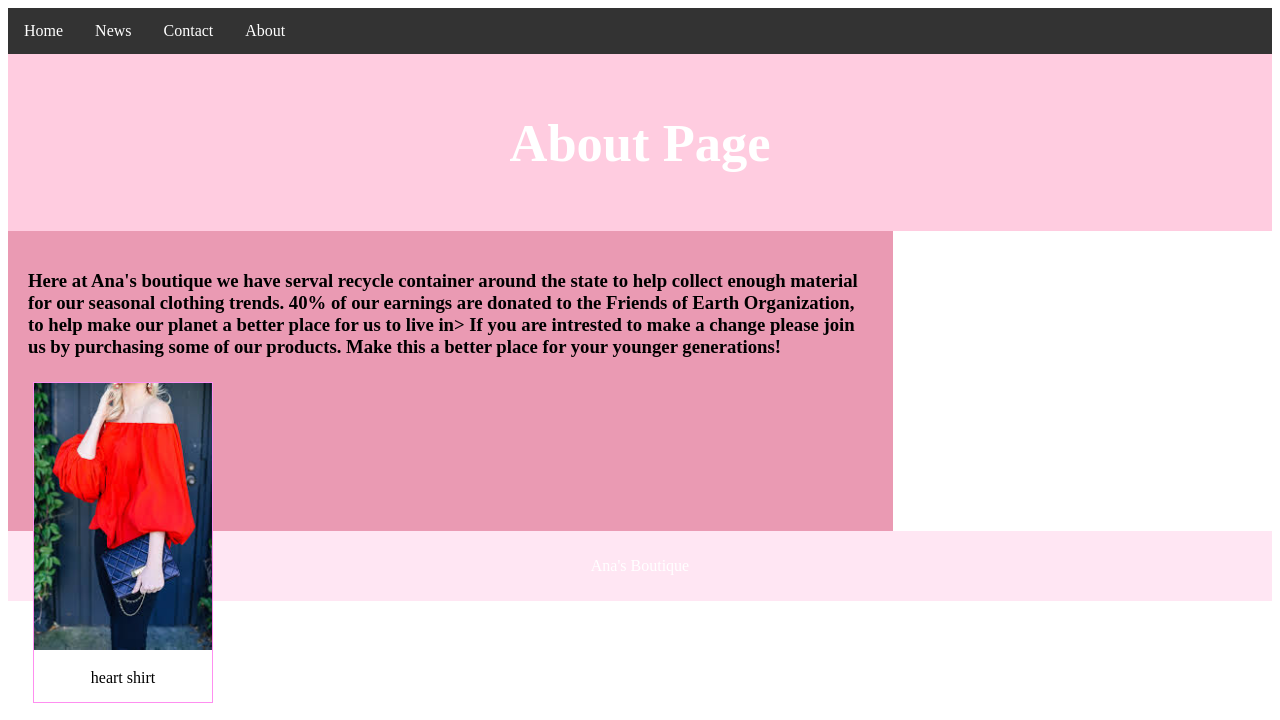
Repository: anavaldovinos/anavaldovinos.github.io
Page: project/about.html
The author's editor kept a record of every edit. The page is drawn from the files as they stood at one moment, then again after the next edit.
The browser window is 1280 px wide. The pictures show the whole page.

Above is the page before.

After the next edit:
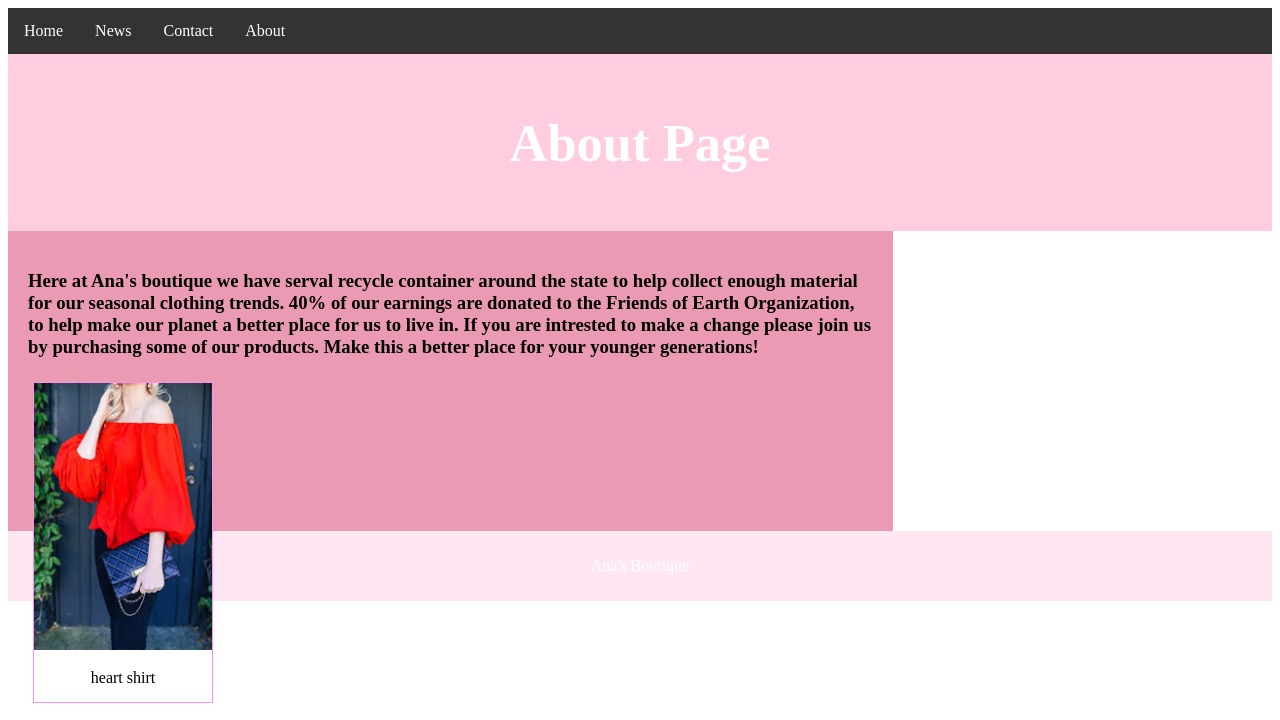
The edit:
--- a/project/about.html
+++ b/project/about.html
@@ -129,7 +129,7 @@
     <h1>Here at Ana's boutique we have serval recycle container around the state
     to help collect enough material for our seasonal clothing trends. 40% of our
     earnings are donated to the Friends of Earth Organization, to help make our planet
-    a better place for us to live in> If you are intrested to make a change please
+    a better place for us to live in. If you are intrested to make a change please
     join us by purchasing some of our products. Make this a better place for your
     younger generations!
    </h1>
